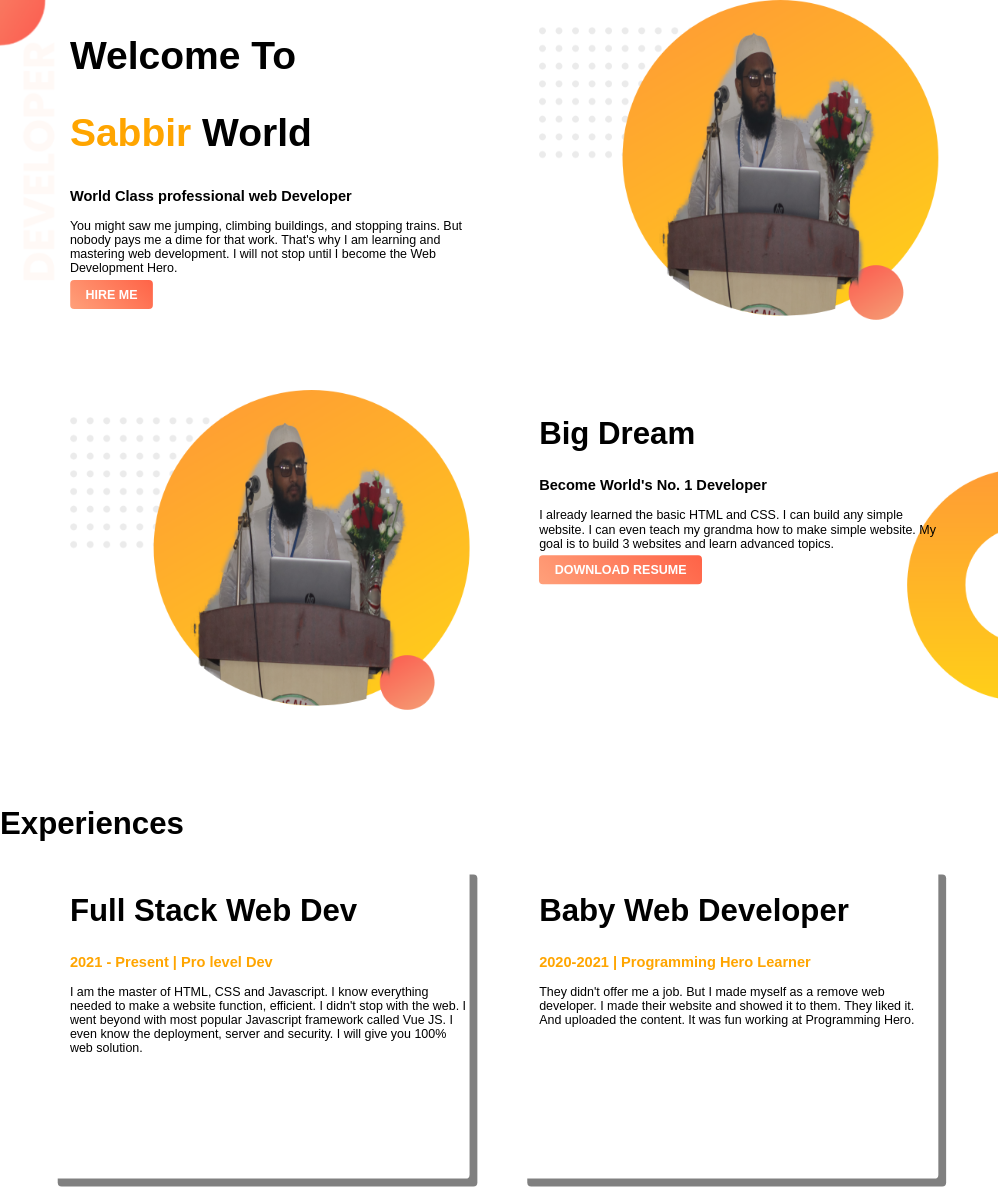
Repository: sabbircse3/web-protfolio
Page: index.html
These files come from the project's save history. The page is drawn as it stood at one moment and after a run of saves; the edit follows.
The browser window is 1280 px wide. The pictures show the whole page, at 78% of full size.

Above is the page before, as saved 2021-01-04 10:44:48.

After the next 4 saves:
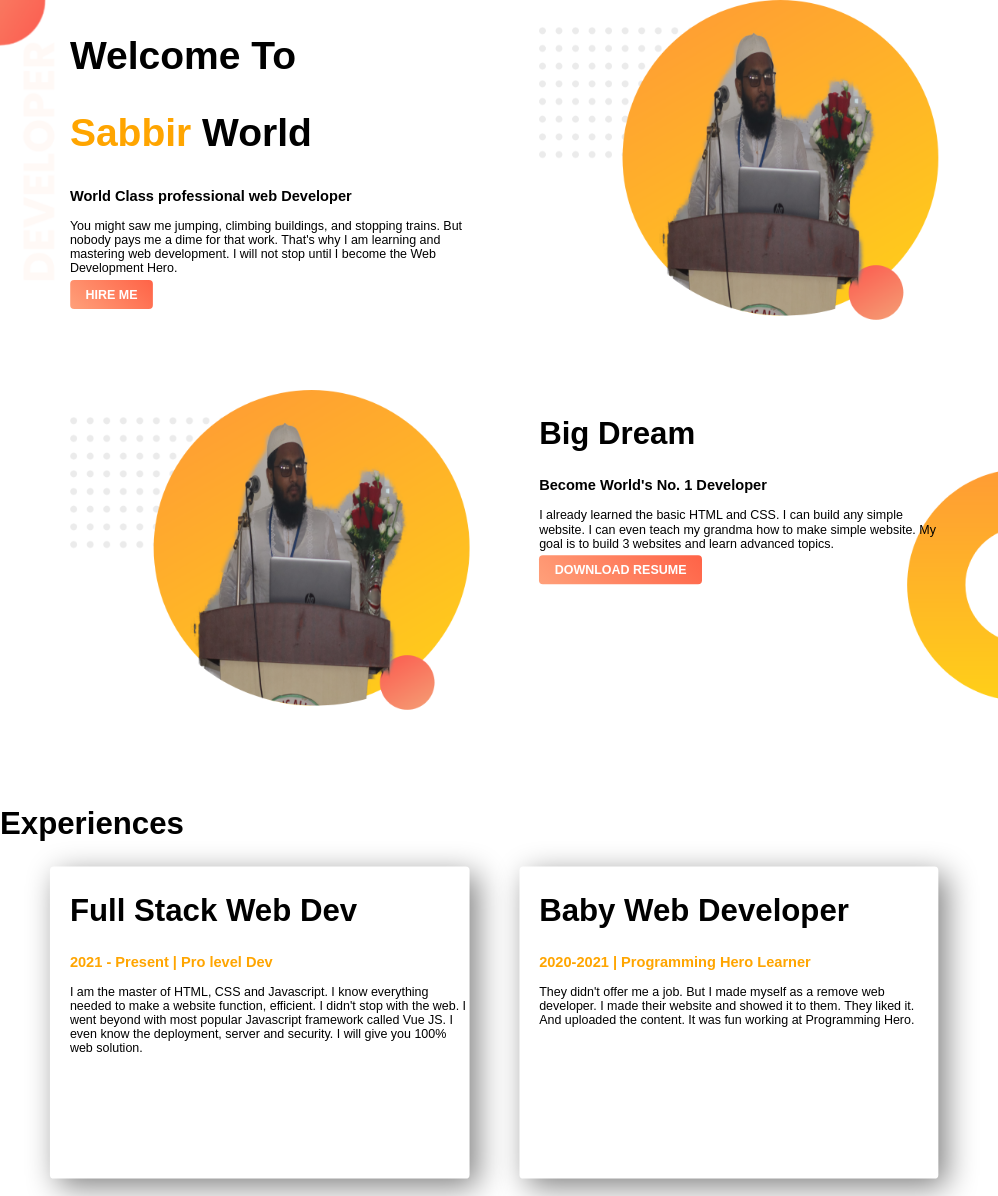
The 4 saves are shown as one change because they came seconds apart.
The last was saved 28 s later.
--- a/style.css
+++ b/style.css
@@ -47,7 +47,7 @@ section{
     color: orange;
 }
 .single-experience{
-    box-shadow: 10px 10px gray;
+    box-shadow: 10px 10px 40px gray;
     border-radius: 5px;
     height: 80%;
 
